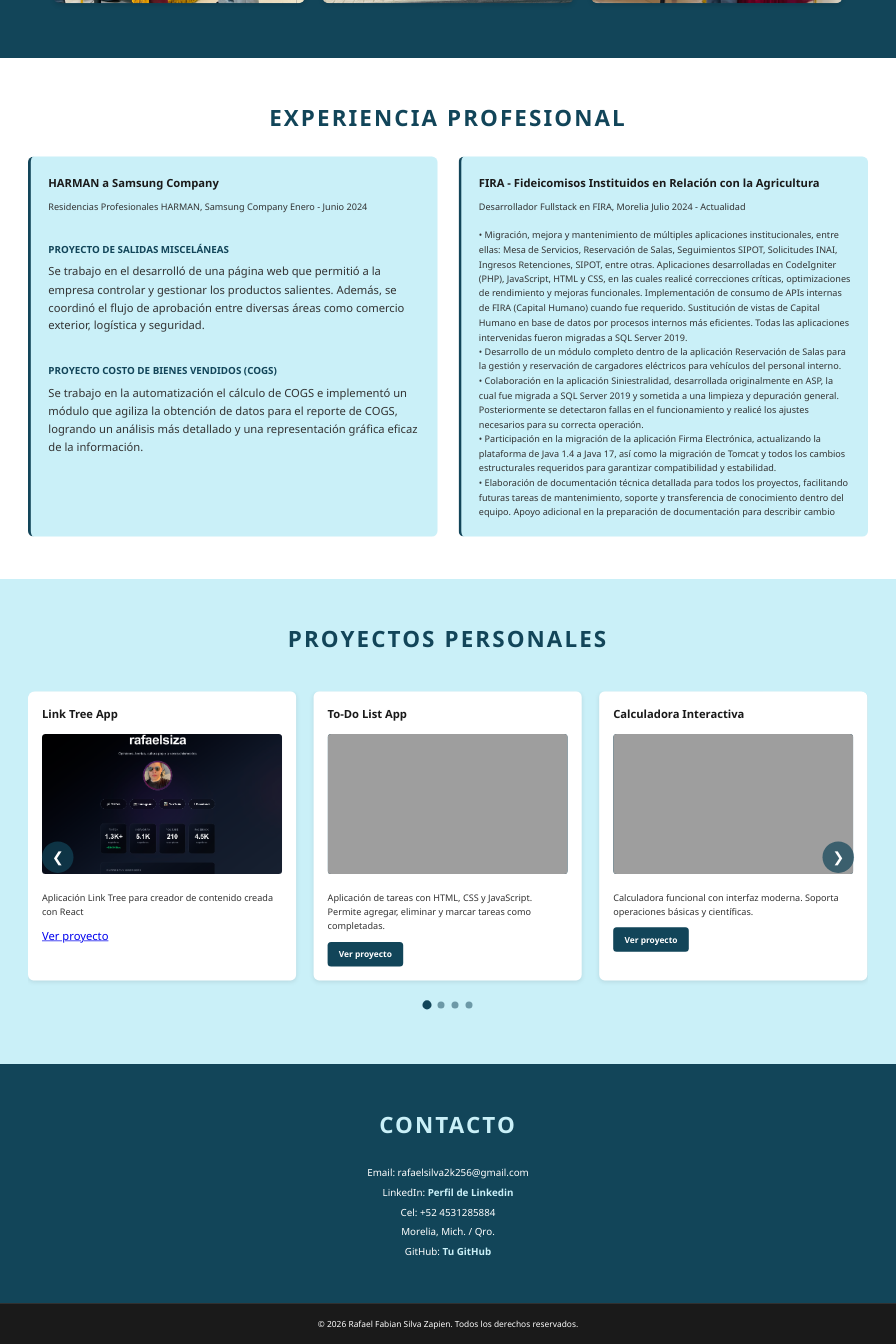
Repository: rafaelsilva2k/mi-portafolio
Page: index.html
The author's editor kept a copy of each file at every save. The page is drawn from the files as they stood at one save, then again after a run of saves.
The browser window is 1280 px wide. The pictures show the part of the page from y = 1782 to 3702 px (the page is 3702 px tall), at 70% of full size.
Pictures or frames that could not be fetched are drawn as grey boxes.

Above is the page before, as saved 2026-05-24 15:18:21.

### index.html
<!DOCTYPE html>
<html lang="en">
<head>
    <meta charset="UTF-8">
    <meta name="viewport" content="width=device-width, initial-scale=1.0">
    <title>Rafael Fabian Silva Zapien</title>
    <link rel="stylesheet" href="styles.css">
</head>
<body>
    <!-- HEADER: Nombre, Profesión y Menú de Navegación -->
    <header class="header">
        <div class="header-content">
            <div class="logo-section">
                <h1>Rafael Fabian Silva Zapien</h1>
                <p class="profession">INGENIERO EN SISTEMAS COMPUTACIONALES</p>
            </div>
            <!-- BOTÓN DARK MODE -->
            <button class="dark-mode-toggle" id="dark-mode-btn" title="Cambiar tema">
                🌙
            </button>

            <!-- BOTÓN HAMBURGUESA (nuevo) -->
             <button class="hamburger" id="hamburger-btn">
                <span></span>
                <span></span>
                <span></span>
            </button>
            <nav class="navbar" id="navbar">
                <ul>
                    <li><a href="#sobre-mi">SOBRE MI</a></li>
                    <li><a href="#educacion">EDUCACION</a></li>
                    <li><a href="#experiencia">EXPERIENCIA</a></li>
                    <li><a href="#proyectos">PROYECTOS</a></li>
                    <li><a href="#contacto">CONTACTO</a></li>
                </ul>
            </nav>
        </div>
    </header>

    <!-- HERO SECTION: Imagen grande con texto "Desarrollador Web Fullstack" -->
     <section class="hero">
        <div class="hero-content">
            <h2>Desarrollador Web<br>Fullstack</h2>
        </div>
     </section>

     <!-- SECCIÓN SOBRE MÍ: Foto + Descripción -->
      <section id="sobre-mi" class="sobre-mi">
        <div class="sobre-mi-container">
            <div class="sobre-mi-foto">
                <img src="images/me.png" alt="Rafael Silva">
            </div>
            <div class="sobre-mi-texto">
                <h2>SOBRE MI</h2>
                <p>Disfruto desarrollarme en el área de la tecnología, actualmente estoy enfocado en mi crecimiento profesional y en ampliar mis habilidades y conocimientos. Estoy decidido a ofrecer lo mejor de mi en cada proyecto y a aportar de manera significativa a mi equipo como a la empresa.</p>
            </div>
            <div class="sobre-mi-texto">
                    <h2>Habilidades blandas</h2>
                    <p> Resolución de problemas <br> Buena comunicación <br> Trabajo en equipo  <br> Adaptabilidad <br> Organizado</p>
            </div>
            <div class="sobre-mi-texto">
                <h2>Idiomas</h2>
                <p>Español - Nativo <br> Inglés - Bilingue <br> Aleman - Principiante A1</p>
            </div>
        </div>
      </section>

      <!--Seccion de Educacion-->
      <section id="educacion" class="educacion">
        <h2>EDUCACION</h2>
        <div class="educacion-content">
            <div class="educacion-item">
                <h4>INSTITUTO TECNOLOGICO DE MÉXICO CAMPUS MORELIA</h4>
                <p>INGENIERO EN SISTEMAS COMPUTACIONALES</p>
                <p>ENERO 2019 - JUNIO 2024</p>
                <p>ESPECIALIDAD EN ARQUITECTURA WEB Y SUBESPECIALIDAD EN DESARROLLO DE APLICACIONES MÓVILES</p>
            </div>
            <div class="education-item">
                <div class="education-photos">
                    <img src="images/FirmaTitulacion.jpeg">
                    <img src="images/campanaTitulacion.jpeg">
                    <img src="images/titulacion.jpeg">
                </div>
            </div>
        </div>
      </section>

      <section id="experiencia" class="experiencia">
        <h2>EXPERIENCIA PROFESIONAL</h2>
            <div class="experiencia-content">
                <div class="experiencia-item">
                    <h3>HARMAN a Samsung Company</h3>
                    <p>Residencias Profesionales HARMAN, Samsung Company Enero - Junio 2024 </p><br>
                    <h5>PROYECTO DE SALIDAS MISCELÁNEAS</h5>
                    <p></p>Se trabajo en el desarrolló de una página web que permitió a la empresa
                    controlar y gestionar los productos salientes. Además, se coordinó el flujo de
                    aprobación entre diversas áreas como comercio exterior, logística y seguridad. <br> <br>
                    <h5>PROYECTO COSTO DE BIENES VENDIDOS (COGS)</h5>
                    Se trabajo en la automatización el cálculo de COGS e implementó un módulo
                    que agiliza la obtención de datos para el reporte de COGS, logrando un análisis
                    más detallado y una representación gráfica eficaz de la información.</p>
                </div>
                <div class="experiencia-item">
                    <h3>FIRA - Fideicomisos Instituidos en Relación con la Agricultura</h3>
                    <p>Desarrollador Fullstack en FIRA, Morelia Julio 2024 - Actualidad <br> <br>
                    • Migración, mejora y mantenimiento de múltiples aplicaciones institucionales,
                    entre ellas: Mesa de Servicios, Reservación de Salas, Seguimientos SIPOT,
                    Solicitudes INAI, Ingresos Retenciones, SIPOT, entre otras.
                    Aplicaciones desarrolladas en CodeIgniter (PHP), JavaScript, HTML y CSS,
                    en las cuales realicé correcciones críticas, optimizaciones de rendimiento y
                    mejoras funcionales.
                    Implementación de consumo de APIs internas de FIRA (Capital Humano)
                    cuando fue requerido.
                    Sustitución de vistas de Capital Humano en base de datos por procesos
                    internos más eficientes.
                    Todas las aplicaciones intervenidas fueron migradas a SQL Server 2019. <br>
                    • Desarrollo de un módulo completo dentro de la aplicación Reservación de
                    Salas para la gestión y reservación de cargadores eléctricos para vehículos del
                    personal interno.<br>
                    • Colaboración en la aplicación Siniestralidad, desarrollada originalmente en
                    ASP, la cual fue migrada a SQL Server 2019 y sometida a una limpieza y
                    depuración general. Posteriormente se detectaron fallas en el funcionamiento y
                    realicé los ajustes necesarios para su correcta operación.<br>
                    • Participación en la migración de la aplicación Firma Electrónica, actualizando
                    la plataforma de Java 1.4 a Java 17, así como la migración de Tomcat y todos
                    los cambios estructurales requeridos para garantizar compatibilidad y
                    estabilidad.<br>
                    • Elaboración de documentación técnica detallada para todos los proyectos,
                    facilitando futuras tareas de mantenimiento, soporte y transferencia de
                    conocimiento dentro del equipo. Apoyo adicional en la preparación de
                    documentación para describir cambio</p>
                </div>
            </div>
      </section>

      <!--Seccion de proyectos-->

    <!-- SECCIÓN PROYECTOS CON CARRUSEL -->
    <section id="proyectos" class="proyectos">
        <h2>PROYECTOS PERSONALES</h2>
        <div class="carousel-container">
            <div class="proyectos-content" id="carousel">

                <!-- Proyecto 1 -->
                <div class="proyectos-item">
                    <h4>Link Tree App</h4>
                    <img src="images/linktree.png" alt="Link Tree para creador de contenido">
                    <p>Aplicación Link Tree para creador de contenido creada con React</p>
                    <a href="https://rafaelsiza-linktree.vercel.app" class="https://rafaelsiza-linktree.vercel.app">Ver proyecto</a>
                </div>

                <!-- Proyecto 1 -->
                <div class="proyectos-item">
                    <h4>To-Do List App</h4>
                    <img src="images/proyecto1.jpg" alt="To-Do List">
                    <p>Aplicación de tareas con HTML, CSS y JavaScript. Permite agregar, eliminar y marcar tareas como completadas.</p>
                    <a href="#" class="project-link">Ver proyecto</a>
                </div>

                <!-- Proyecto 2 -->
                <div class="proyectos-item">
                    <h4>Calculadora Interactiva</h4>
                    <img src="images/proyecto2.jpg" alt="Calculadora">
                    <p>Calculadora funcional con interfaz moderna. Soporta operaciones básicas y científicas.</p>
                    <a href="#" class="project-link">Ver proyecto</a>
                </div>

                <!-- Proyecto 3 -->
                <div class="proyectos-item">
                    <h4>Weather App</h4>
                    <img src="images/proyecto3.jpg" alt="Weather">
                    <p>App del clima con consumo de API. Muestra temperatura, humedad y pronóstico en tiempo real.</p>
                    <a href="#" class="project-link">Ver proyecto</a>
                </div>

                <!-- Proyecto 4 (Extra para carrusel) -->
                <div class="proyectos-item">
                    <h4>E-Commerce Frontend</h4>
                    <img src="images/proyecto4.jpg" alt="E-Commerce">
                    <p>Interfaz de tienda online con carrito de compras funcional y filtros de productos.</p>
                    <a href="#" class="project-link">Ver proyecto</a>
                </div>

                <!-- Proyecto 5 (Extra para carrusel) -->
                <div class="proyectos-item">
                    <h4>Portfolio Personal</h4>
                    <img src="images/proyecto5.jpg" alt="Portfolio">
                    <p>Portafolio responsive con animaciones y dark mode. Diseño moderno y profesional.</p>
                    <a href="#" class="project-link">Ver proyecto</a>
                </div>
            </div>

            <!-- Botones de navegación del carrusel -->
            <button class="carousel-btn prev" id="prev-btn" aria-label="Proyecto anterior">
                &#10094;
            </button>
            <button class="carousel-btn next" id="next-btn" aria-label="Siguiente proyecto">
                &#10095;
            </button>

            <!-- Indicadores de posición -->
            <div class="carousel-indicators" id="indicators"></div>
        </div>
    </section>


      <section id="contacto" class="contacto">
        <h2>CONTACTO</h2>
        <div class="contacto-content">
            <p>Email: rafaelsilva2k256@gmail.com</p>
            <p>LinkedIn: <a href="www.linkedin.com/in/rafael-fabian-silva-zapien-a124ba247">Perfil de Linkedin</a></p>
            <p>Cel: +52 4531285884</p>
            <P>Morelia, Mich. / Qro.</P>
            <p>GitHub: <a href="#">Tu GitHub</a></p>
        </div>
      </section>

      <!--footer-->
      <footer class="footer">
        <p>&copy; 2026 Rafael Fabian Silva Zapien. Todos los derechos reservados.</p>
      </footer>

      <script src="script.js"></script>
</body>
</html>

Loaded but not shown: script.js (207 lines, source omitted); styles.css (754 lines, source omitted)

After the next 4 saves:
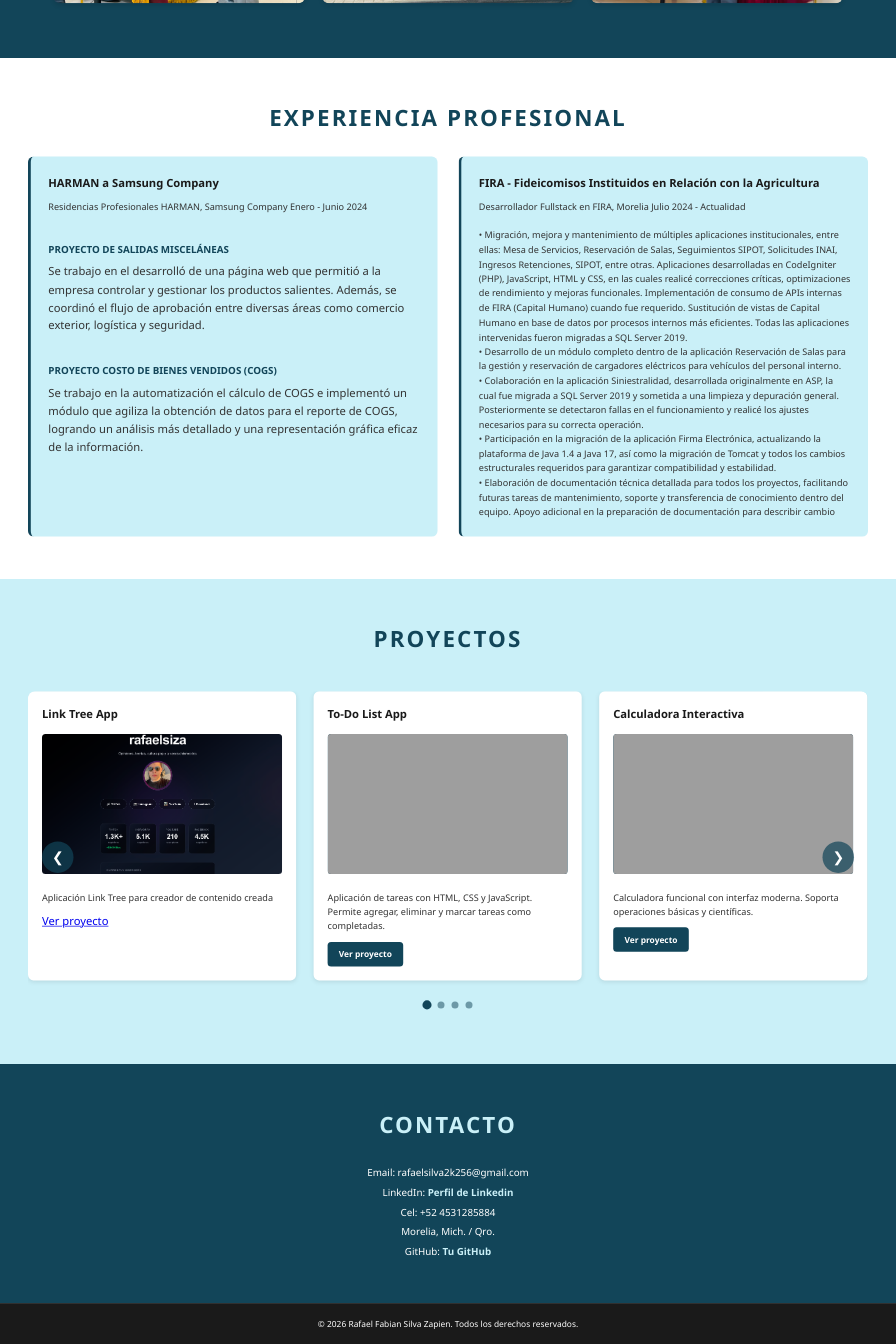
The 4 saves are shown as one change because they came seconds apart.
The last was saved 20 s later.
--- a/index.html
+++ b/index.html
@@ -137,7 +137,7 @@
 
     <!-- SECCIÓN PROYECTOS CON CARRUSEL -->
     <section id="proyectos" class="proyectos">
-        <h2>PROYECTOS PERSONALES</h2>
+        <h2>PROYECTOS</h2>
         <div class="carousel-container">
             <div class="proyectos-content" id="carousel">
 
@@ -145,8 +145,8 @@
                 <div class="proyectos-item">
                     <h4>Link Tree App</h4>
                     <img src="images/linktree.png" alt="Link Tree para creador de contenido">
-                    <p>Aplicación Link Tree para creador de contenido creada con React</p>
-                    <a href="https://rafaelsiza-linktree.vercel.app" class="https://rafaelsiza-linktree.vercel.app">Ver proyecto</a>
+                    <p>Aplicación Link Tree para creador de contenido creada </p>
+                    <a href="#" class="https://rafaelsiza-linktree.vercel.app">Ver proyecto</a>
                 </div>
 
                 <!-- Proyecto 1 -->
